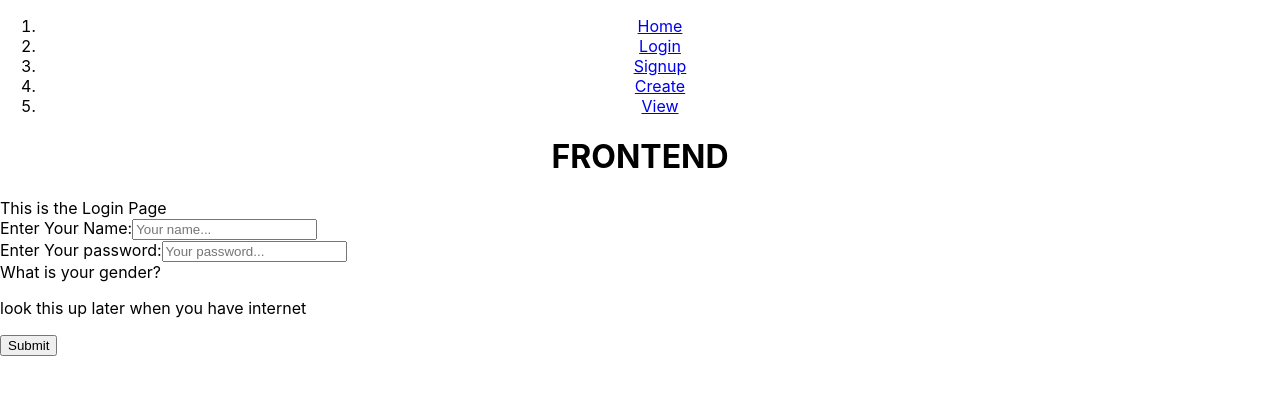
Repository: MikeTroianello/SuPro
Page: /login (app in frontend/)
The author's editor kept a copy of each file at every save. The page is drawn from the files as they stood at one save, then again after the next save.
The browser window is 1280 px wide. The pictures show the whole page.
The project was rebuilt for these pictures with package versions that can differ from the ones it lists, and the page was loaded fresh each time. A package was used in the major version that the imports need, not the one package.json lists. Also part of the build but not shown: frontend/src/components/Home.js, frontend/src/components/Signup.js, frontend/src/components/Create.js, frontend/src/components/View.js.

Above is the page before, as saved 2019-10-04 14:46:37.

### frontend/src/App.js
import React from 'react';
import { BrowserRouter as Router, Route, Switch } from 'react-router-dom';

import Home from './components/Home';
import Login from './components/Login';
import Signup from './components/Signup';
import Create from './components/Create';
import View from './components/View';
import Navbar from './components/Navbar';

import './App.css';

class App extends React.Component {
  render() {
    return (
      <Router>
        <div className='App'>
          <Navbar />
          <h1>FRONTEND</h1>
        </div>
        <Switch>
          <Route exact path='/' component={Home} />
          <Route exact path='/signup' component={Signup} />
          <Route exact path='/login' component={Login} />
          <Route exact path='/create' component={Create} />
          <Route exact path='/view' component={View} />
        </Switch>
      </Router>
    );
  }
}

export default App;

### frontend/src/components/Login.js
import React, { Component } from 'react';

export default class Login extends Component {
  render() {
    return (
      <div>
        This is the Login Page
        <form onSubmit={this.handleSubmit}>
          <div className='form-piece'>
            <label htmlFor='name'>Enter Your Name:</label>
            <input
              name='name'
              placeholder='Your name...'
              onChange={this.handleChange}
            />
          </div>
          <div className='form-piece'>
            <label htmlFor='password'>Enter Your password:</label>
            <input
              name='password'
              placeholder='Your password...'
              onChange={this.handleChange}
            />
          </div>
          <div className='form-piece'>
            <label htmlFor='gender'>What is your gender?</label>
            <p>look this up later when you have internet</p>
            {/* <input>male, female, nonbinary</input> */}
          </div>
          <button>Submit</button>
        </form>
      </div>
    );
  }
}

### frontend/src/components/Navbar.js
import React from 'react';
import { Link } from 'react-router-dom';

export default function Navbar() {
  return (
    <div>
      <ol>
        <li>
          <Link to='/'>Home</Link>
        </li>
        <li>
          <Link to='/login'>Login</Link>
        </li>
        <li>
          <Link to='/signup'>Signup</Link>
        </li>
        <li>
          <Link to='/create'>Create</Link>
        </li>
        <li>
          <Link to='/view'>View</Link>
        </li>
      </ol>
    </div>
  );
}

Loaded but not shown: frontend/public/index.html (common file); frontend/src/index.js (common file); frontend/src/index.css (common file); frontend/src/serviceWorker.js (common file); frontend/src/App.css (common file)

After the next save:
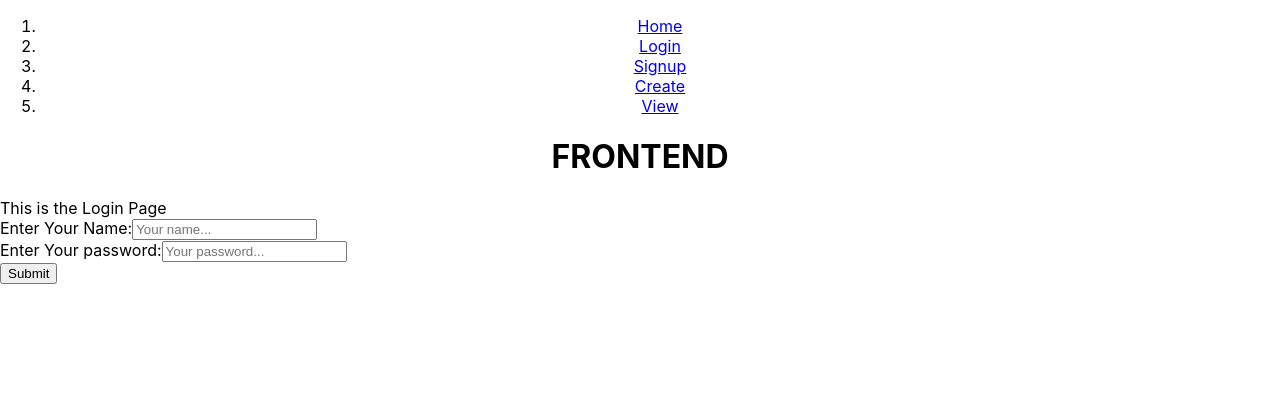
Saved 16 s later.
--- a/frontend/src/components/Login.js
+++ b/frontend/src/components/Login.js
@@ -19,13 +19,9 @@ export default class Login extends Component {
             <input
               name='password'
               placeholder='Your password...'
+              type='password'
               onChange={this.handleChange}
             />
-          </div>
-          <div className='form-piece'>
-            <label htmlFor='gender'>What is your gender?</label>
-            <p>look this up later when you have internet</p>
-            {/* <input>male, female, nonbinary</input> */}
           </div>
           <button>Submit</button>
         </form>
